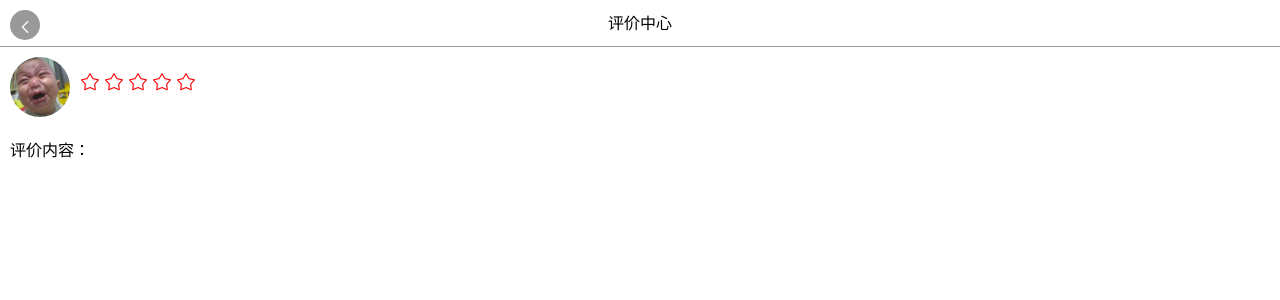
Repository: liuyangming111/mall
Page: /evaluaterr
These files come from the project's save history. The page is drawn as it stood at one moment and after a run of saves; the edit follows.
The browser window is 1280 px wide. The pictures show the whole page.
The page's requests for data from a server got no answer. The project was rebuilt for these pictures with package versions that can differ from the ones it lists, and the page was loaded fresh each time. No one was signed in, and anything a server would have sent is missing. Also part of the build but not shown: vue.config.js, src/components/bottom.vue, src/views/Home.vue.

Above is the page before, as saved 2020-07-30 17:40:26.

After the next 5 saves:
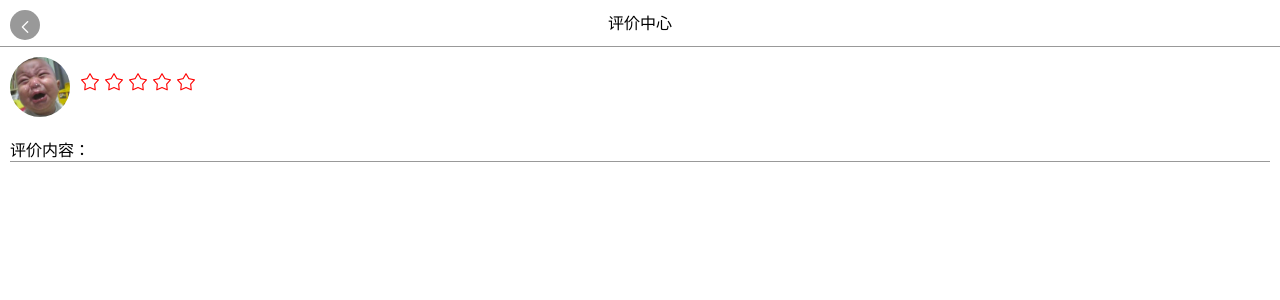
The 5 saves are shown as one change because 1 did not build or start and some came seconds apart.
The last was saved 35 s later.
--- a/src/views/evaluate/evaluaterr.vue
+++ b/src/views/evaluate/evaluaterr.vue
@@ -108,5 +108,6 @@
 }
 .center{
     margin: 10px;
+    border-bottom: 1px solid #999;
 }
 </style>

After the 5 saves that followed:
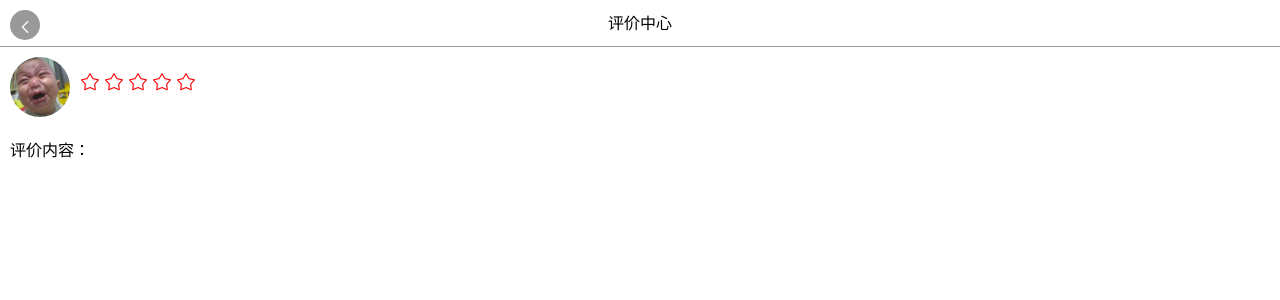
The 5 saves are shown as one change because 2 left the picture as it was and some came seconds apart.
The last was saved 41 s later.
--- a/src/views/evaluate/evaluaterr.vue
+++ b/src/views/evaluate/evaluaterr.vue
@@ -108,6 +108,5 @@
 }
 .center{
     margin: 10px;
-    border-bottom: 1px solid #999;
 }
 </style>
